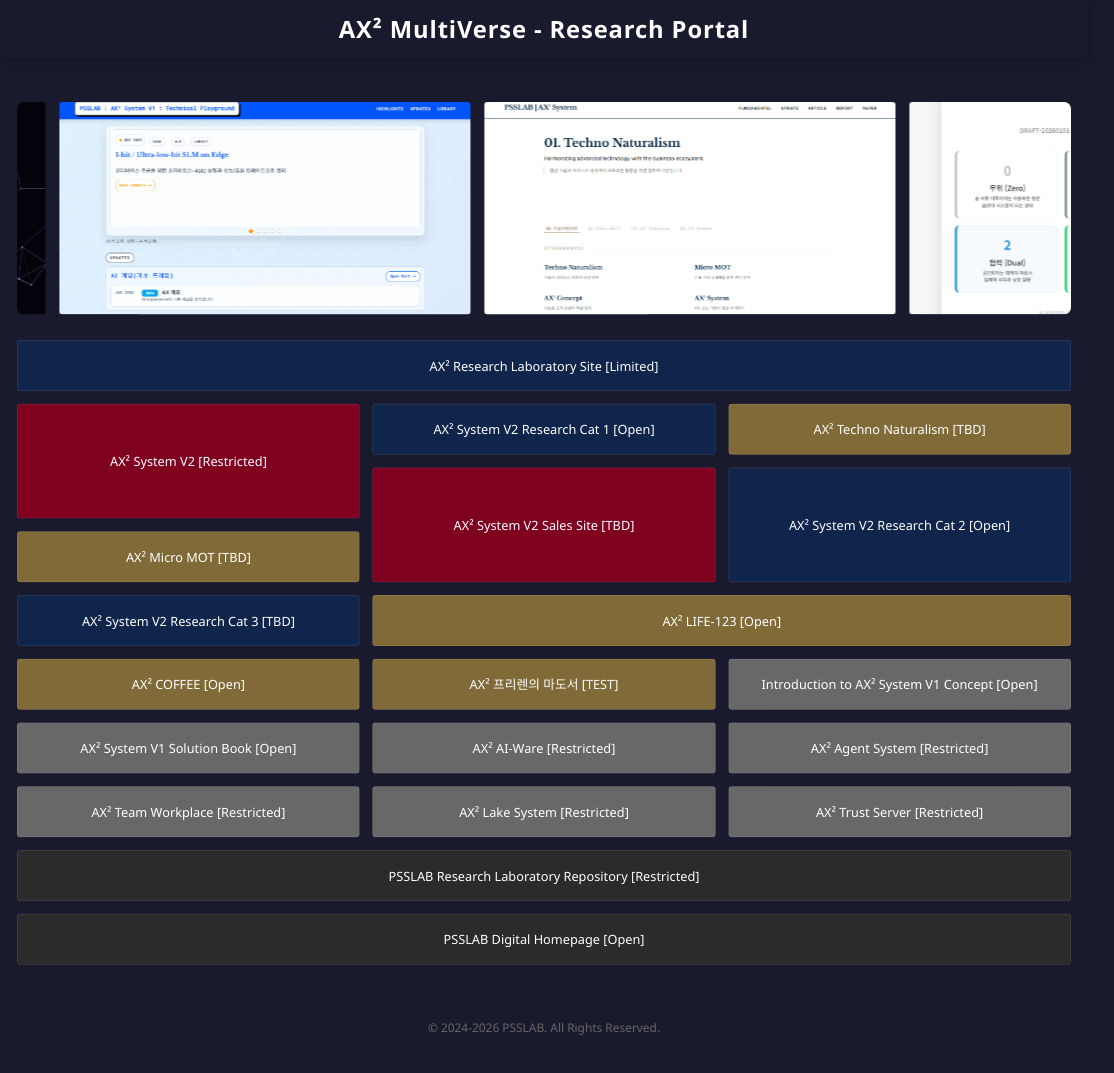
Repository: hycse89/PSSLAB_OpenSite
Page: psslab_multiverse_v3.html
An editor plug-in stored every save of this project. The page is shown before and after a run of saves, followed by the edit.
The browser window is 1280 px wide. The page is 1310 px wide, so the pictures cover 1310 px, including what lies to the right of the window. The pictures show the whole page, at 85% of full size.

Above is the page before, as saved 2026-01-11 21:57:20.

After the next 2 saves:
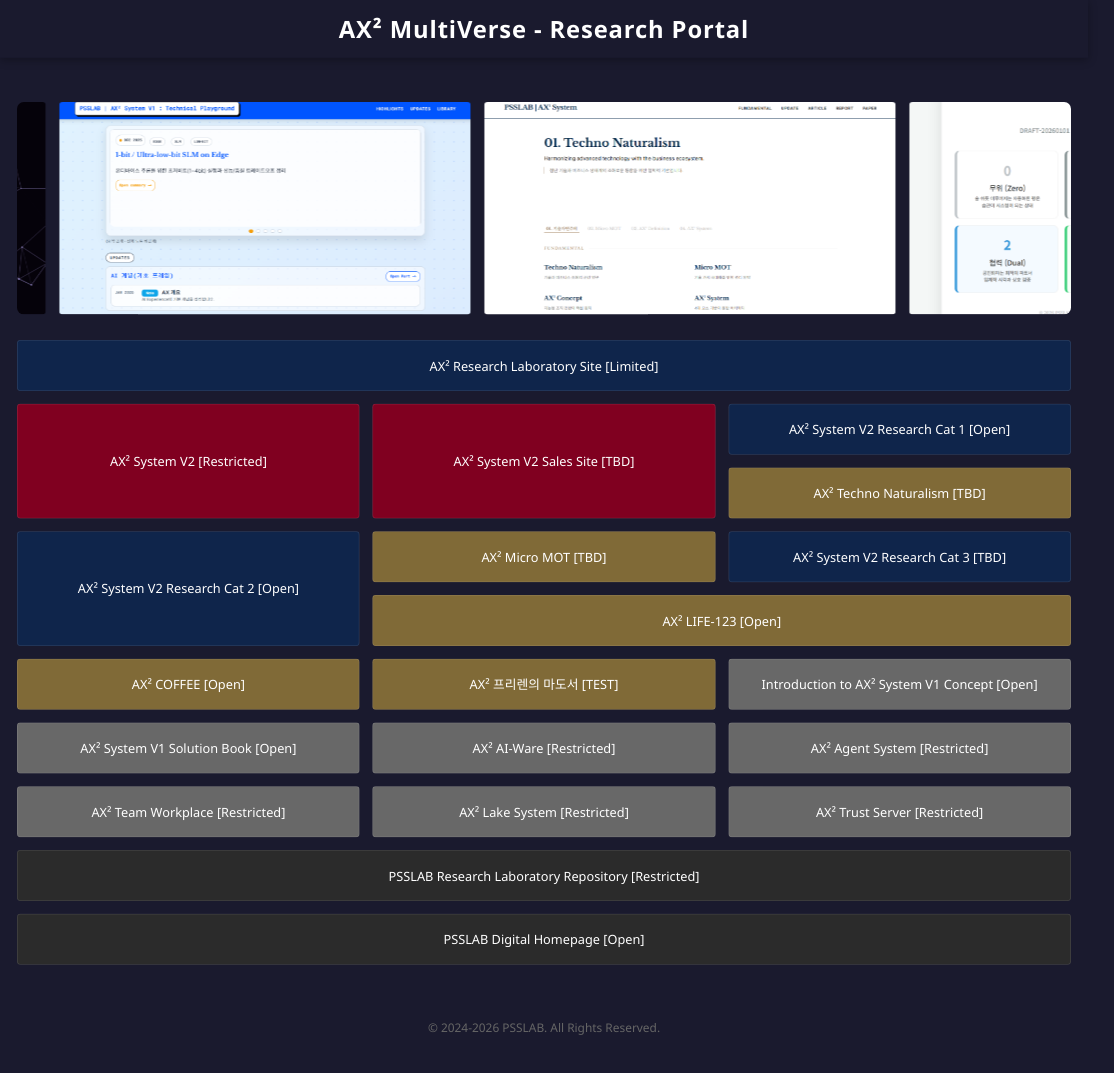
The 2 saves are shown as one change because they came seconds apart.
The last was saved 5 s later.
--- a/psslab_multiverse_v3.html
+++ b/psslab_multiverse_v3.html
@@ -188,10 +188,10 @@
 
             <a href="http://localhost:8008" class="link-button color-2 h-2">AX² System V2 [Restricted]</a>
 
+            <a href="ax2_sales/index.html" class="link-button color-2 w-1 h-2">AX² System V2 Sales Site [TBD]</a>
             <a href="ax2_v1_20260101/index.html" class="link-button color-1 h-1">AX² System V2 Research Cat 1 [Open]</a>
             <a href="http://localhost:8001/utils/markdown_viewer.html?file=/ax_research/doc/doc_ax_techno_naturalism_v5.md" class="link-button color-3 h-1">AX² Techno Naturalism [TBD]</a>
 
-            <a href="ax2_sales/index.html" class="link-button color-2 w-1 h-2">AX² System V2 Sales Site [TBD]</a>
             <a href="ax2_v2_20260101/index.html" class="link-button color-1 h-2">AX² System V2 Research Cat 2 [Open]</a>
             <a href="http://localhost:8001/utils/markdown_viewer.html?file=/ax_research/doc/doc_ax_micro_mot_v2.md" class="link-button color-3 h-1">AX² Micro MOT [TBD]</a>
 
